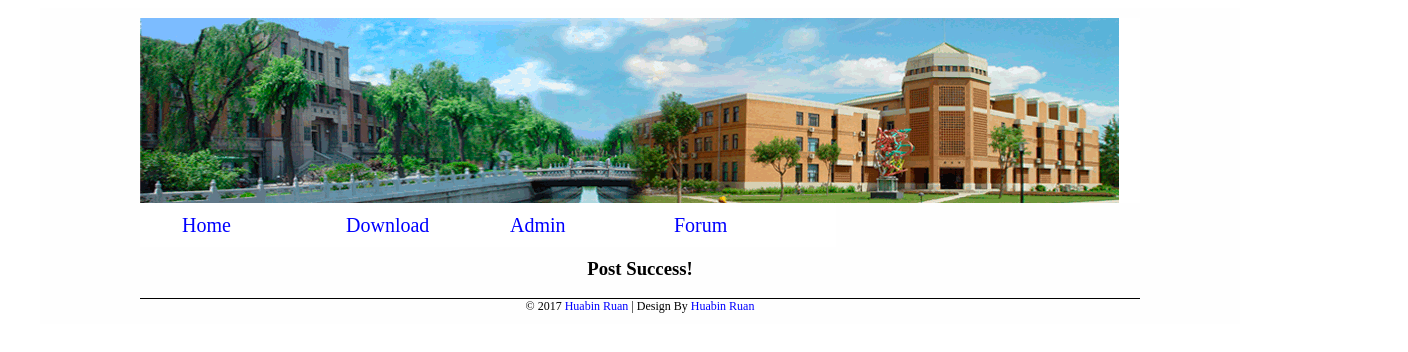
Repository: ruanhuabin/LifeSoftwareWebSite
Page: http://localhost/CryoEM/software_post_success.jsp
An editor plug-in stored every save of this project. The page is shown before and after the next save, followed by the edit.
The browser window is 1280 px wide. The page is 1280 px wide, then 1408 px, so the pictures cover 1408 px, including what lies to the right of the window. The pictures show the whole page.
The page is served by Tomcat 9. Nobody is signed in. The application's start-up code is not run.

Above is the page before, as saved 2017-08-14 02:34:00.

After the next save:
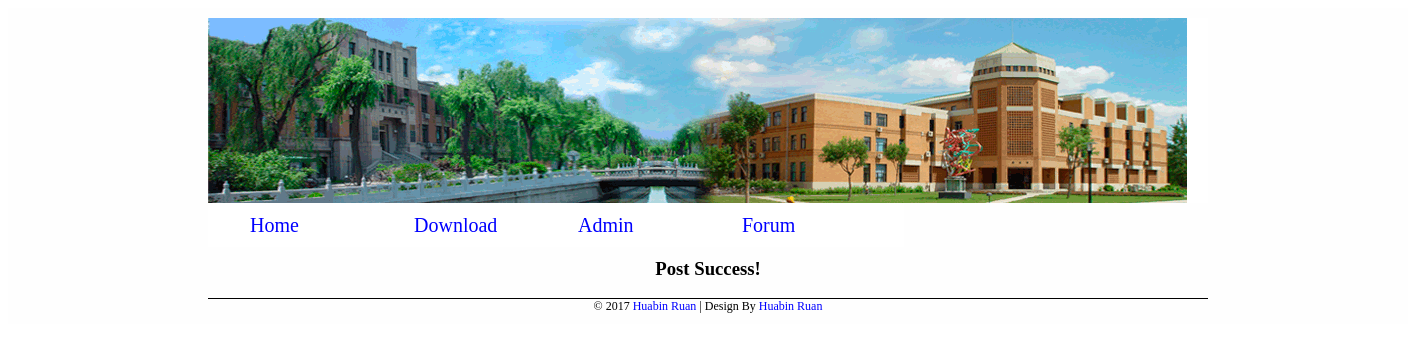
Saved 13 s later.
--- a/CryoEM/WebRoot/style.css
+++ b/CryoEM/WebRoot/style.css
@@ -54,7 +54,7 @@ body
 
     clear:both;
 	/* padding:25px 100px; */
-	padding:10px 100px
+	padding:10px 200px
 	}
 
 #leftbar {
